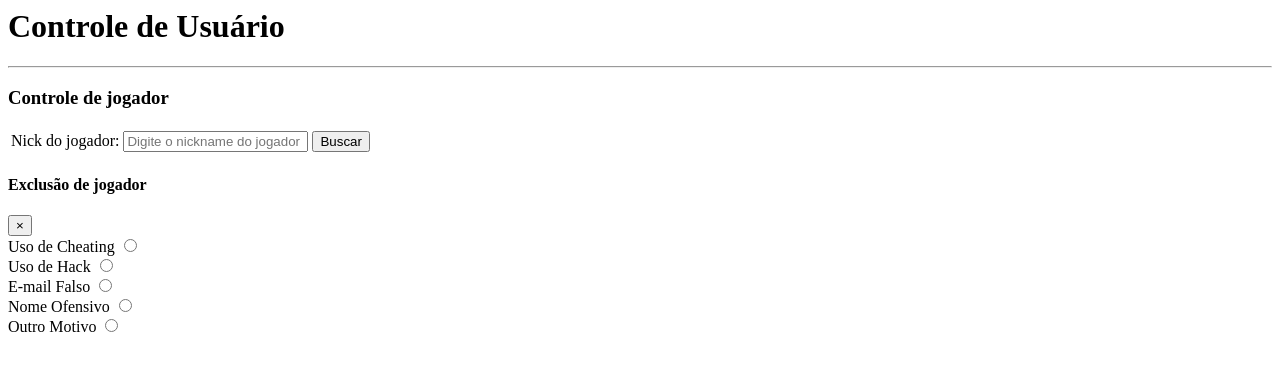
Repository: cavrau/workspaceTbog
Page: the Battle for Gondria/WebContent/system/admin/controle.html
An editor plug-in stored every save of this project. The page is shown before and after the next save, followed by the edit.
The browser window is 1280 px wide. The pictures show the whole page.

Above is the page before, as saved 2018-08-18 19:01:18.
Console error: ReferenceError: consultaUsuario is not defined

### the Battle for Gondria/WebContent/system/admin/controle.html
<h1>Controle de Usuário</h1>
<hr id="hr_controle">

<div id="div_buscar">

  <h3>Controle de jogador</h3>
  <form method="post" action="">
    <table id="table_buscar">
      <tbody>
        <tr>
          <td>
            <label for="input_consultar">Nick do jogador:</label>
          </td>
          <td>
            <input type="text" name="txt_consultar" id="input_consultar" placeholder="Digite o nickname do jogador">
          </td>
          <td>
            <button type="button" name="btn_buscar" onclick="javascript:carregaDados('controle')" class="btn btn-primary" >Buscar</button>
          </td>
        </tr>
      </tbody>
    </table>
  </form>

  <div id="div_jogador">

  </div>

</div>

<!-- Inicio Modal - Excluír jogador -->
<div class="modal fade " id="exclui_usuario exclui_jogador" role="dialog">
  <div class="modal-dialog">

    <div class="modal-content">

      <div class="modal-header">
        <h4 class="modal-title">Exclusão de jogador</h4>
        <button type="button" class="close" data-dismiss="modal">&times;</button>
      </div>

      <div class="modal-body">
        <div id="div_banidoPor"></div>
        <div id="div_motivos">
          <label for="banir_1">Uso de Cheating</label>
          <input type="radio" name="rd_banir" id="banir_1" value="1"><br>
          <label for="banir_2">Uso de Hack</label>
          <input type="radio" name="rd_banir" id="banir_2" value="2"><br>
          <label for="banir_3">E-mail Falso</label>
          <input type="radio" name="rd_banir" id="banir_3" value="3"><br>
          <label for="banir_4">Nome Ofensivo</label>
          <input type="radio" name="rd_banir" id="banir_4" value="4"><br>
          <label for="banir_5">Outro Motivo</label>
          <input type="radio" name="rd_banir" id="banir_5" value="5">
        </div>
      </div>
      <div id="modalExcluir"></div>
    </div>
  </div>
</div>
<script type="text/javascript" >
consultaUsuario("controle","0",null);
</script>
<!-- Fim Modal - Excluír jogador -->

After the next save:
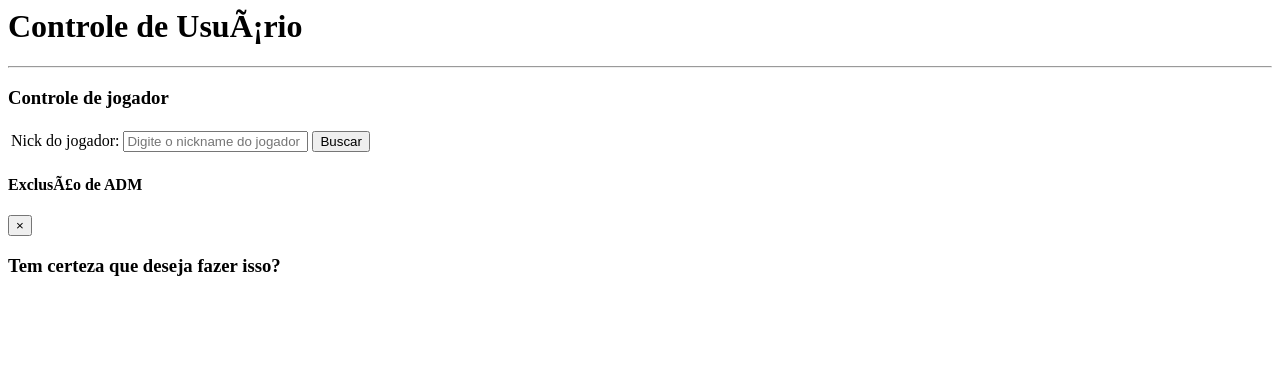
Saved 79 s later.
--- a/the Battle for Gondria/WebContent/system/admin/controle.html
+++ b/the Battle for Gondria/WebContent/system/admin/controle.html
@@ -1,4 +1,4 @@
-<h1>Controle de Usuário</h1>
+<h1>Controle de UsuÃ¡rio</h1>
 <hr id="hr_controle">
 
 <div id="div_buscar">
@@ -28,37 +28,29 @@
 
 </div>
 
-<!-- Inicio Modal - Excluír jogador -->
-<div class="modal fade " id="exclui_usuario exclui_jogador" role="dialog">
-  <div class="modal-dialog">
+<!-- INÃ�CIO MODAL - EXCLUÃ�R ADM -->
+<div class="modal fade " id="exclui_usuario" role="dialog">
+	<div class="modal-dialog">
 
-    <div class="modal-content">
+		<div class="modal-content">
 
-      <div class="modal-header">
-        <h4 class="modal-title">Exclusão de jogador</h4>
-        <button type="button" class="close" data-dismiss="modal">&times;</button>
-      </div>
+			<div class="modal-header">
+				<h4 class="modal-title">ExclusÃ£o de ADM</h4>
+				<button type="button" class="close" data-dismiss="modal">&times;</button>
+			</div>
 
-      <div class="modal-body">
-        <div id="div_banidoPor"></div>
-        <div id="div_motivos">
-          <label for="banir_1">Uso de Cheating</label>
-          <input type="radio" name="rd_banir" id="banir_1" value="1"><br>
-          <label for="banir_2">Uso de Hack</label>
-          <input type="radio" name="rd_banir" id="banir_2" value="2"><br>
-          <label for="banir_3">E-mail Falso</label>
-          <input type="radio" name="rd_banir" id="banir_3" value="3"><br>
-          <label for="banir_4">Nome Ofensivo</label>
-          <input type="radio" name="rd_banir" id="banir_4" value="4"><br>
-          <label for="banir_5">Outro Motivo</label>
-          <input type="radio" name="rd_banir" id="banir_5" value="5">
-        </div>
-      </div>
-      <div id="modalExcluir"></div>
-    </div>
-  </div>
+			<div class="modal-body">
+				<h3>Tem certeza que deseja fazer isso?</h3>
+			</div>
+
+			<div id="modalExcluir"></div>
+
+		</div>
+	</div>
 </div>
+<!-- FIM MODAL - EXCLUÃ�R ADM -->
+
 <script type="text/javascript" >
 consultaUsuario("controle","0",null);
 </script>
-<!-- Fim Modal - Excluír jogador -->
+<!-- Fim Modal - ExcluÃ­r jogador -->
